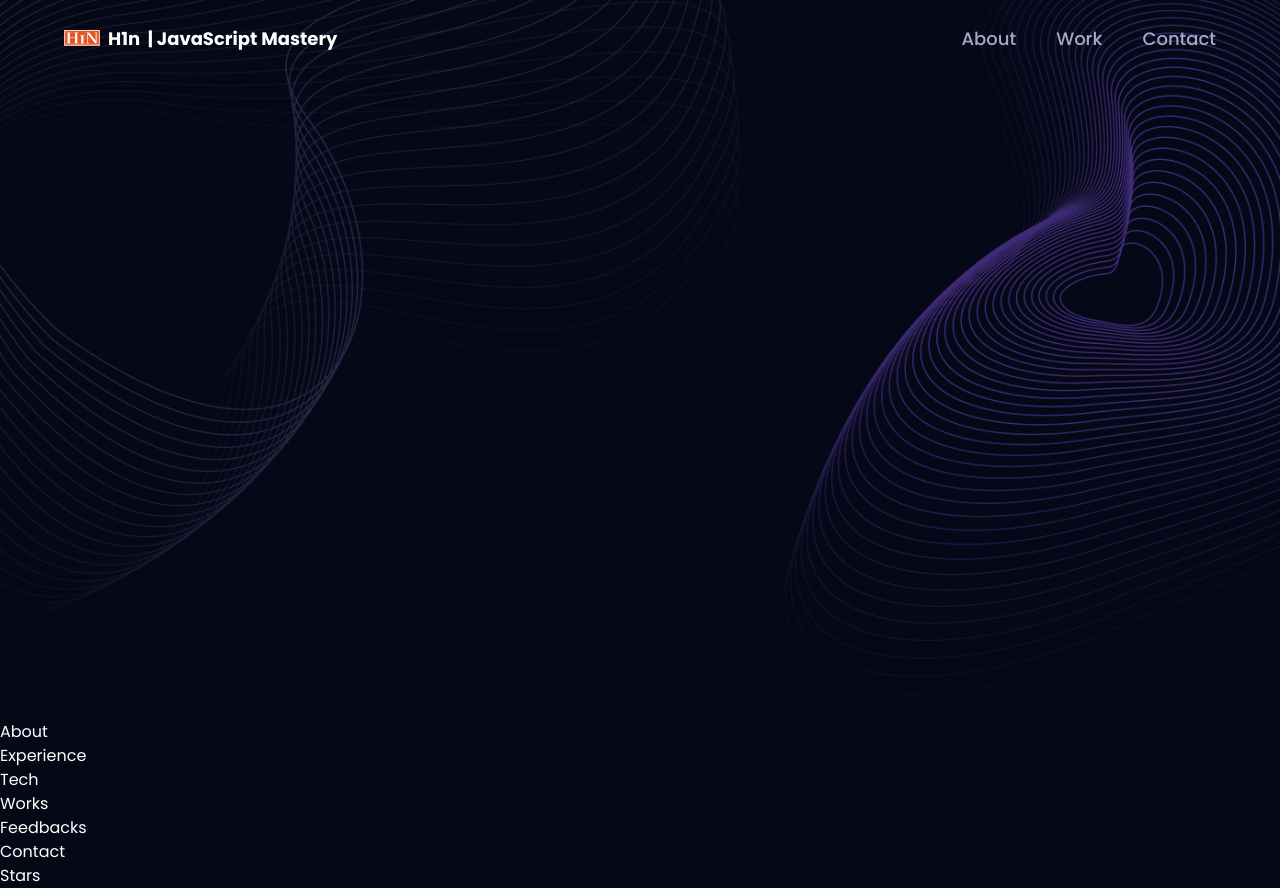
Repository: truonghuynhquy/3D_Portfolio
Page: /
These files come from the project's save history. The page is drawn as it stood at one moment and after the next save; the edit follows.
The browser window is 1280 px wide. The pictures show the whole page.
The project was rebuilt for these pictures with package versions that can differ from the ones it lists, and the page was loaded fresh each time. Also part of the build but not shown: vite.config.js, src/components/canvas/Earth.jsx, src/components/canvas/Ball.jsx, src/components/canvas/Computers.jsx. Imported but missing from the stored project, and not drawn on this page: src/components/hoc, src/components/styles, src/components/utils/motion.

Above is the page before, as saved 2023-04-09 00:40:07.

After the next save:
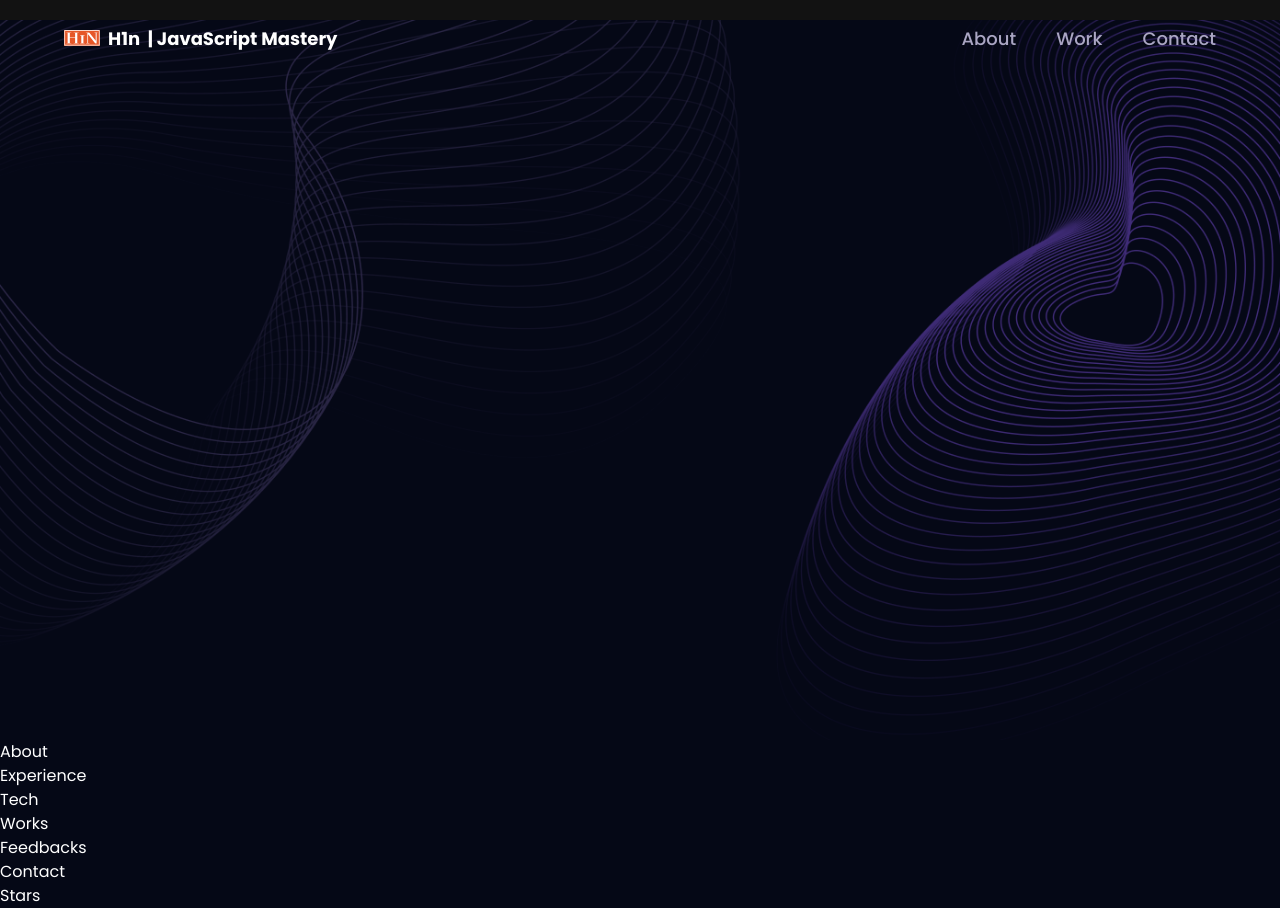
Saved 87 s later.
--- a/src/components/Hero.jsx
+++ b/src/components/Hero.jsx
@@ -9,6 +9,7 @@ const Hero = () => {
             <div
                 className={`absolute inset-0 top-[120px] max-w-7xl mx-auto ${styles.paddingX} flex flex-row items-start gap-5`}
             ></div>
+            <div className="flex flex-col justify-center items-center mt-5"></div>
         </section>
     );
 };
